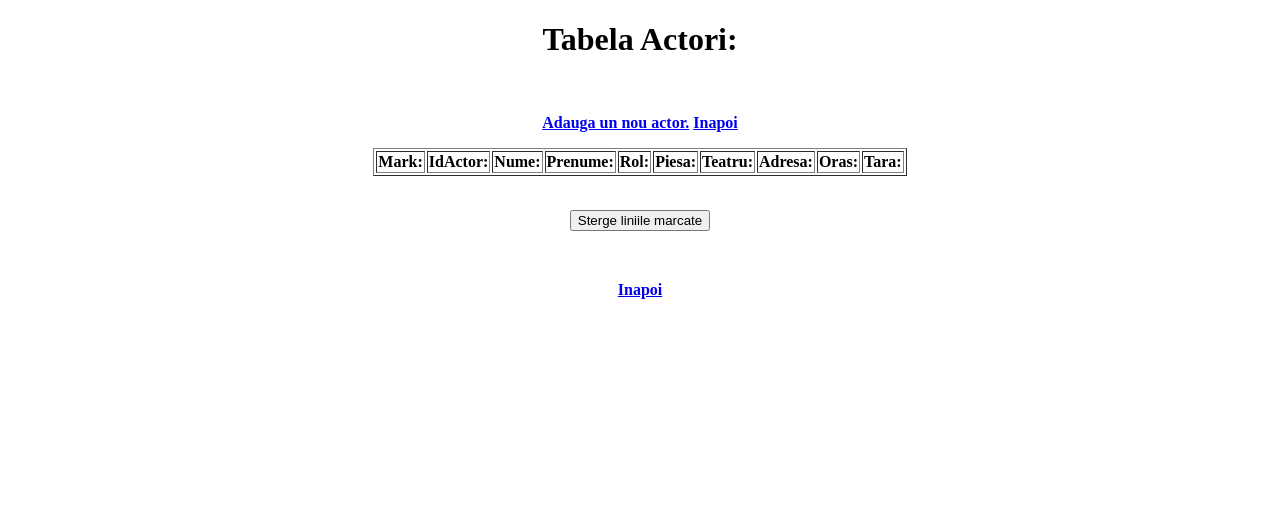
Repository: SusStefan/ActorDB
Page: http://localhost/Actori/tabela_actori.jsp
These files come from the project's save history. The page is drawn as it stood at one moment and after the next save; the edit follows.
The browser window is 1280 px wide. The pictures show the whole page.
The page is served by Tomcat 9. Queries for data that is not in the repository find no rows.

Above is the page before, as saved 2025-12-11 20:13:28.

After the next save:
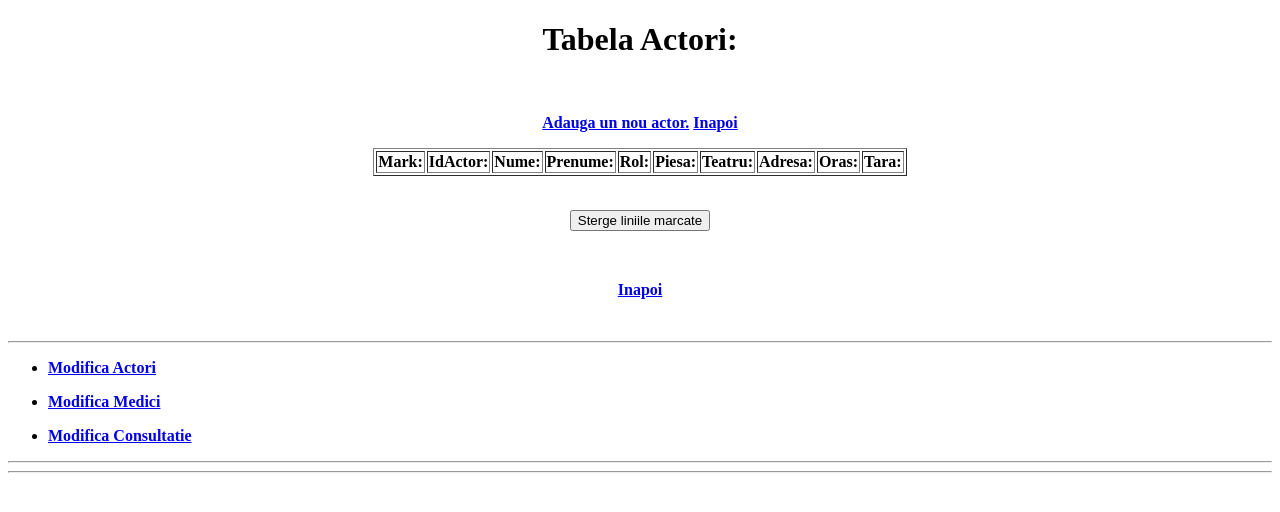
Saved 26 h 11 min later.
--- a/Actori/src/main/webapp/tabela_actori.jsp
+++ b/Actori/src/main/webapp/tabela_actori.jsp
@@ -62,5 +62,18 @@ href="index.html"><b>Inapoi</b></a></p>
  <a href="index.html"><b>Inapoi</b></a>
  <br/>
  </p>
+ <br/>
+ <hr>
+ <ul>
+ <li><a href="modifica_Pacient.jsp"><b><strong>Modifica Actori</strong></b></a></li>
+ </ul>
+ <ul>
+ <li><a href="modifica_Medic.jsp"><b><strong>Modifica Medici</strong></b></a></li>
+ </ul>
+ <ul>
+ <li><a href="modifica_Consultatie.jsp"><b><strong>Modifica Consultatie</strong></b></a></li>
+ </ul>
+ <hr>
+ <hr>
  </body>
 </html>
